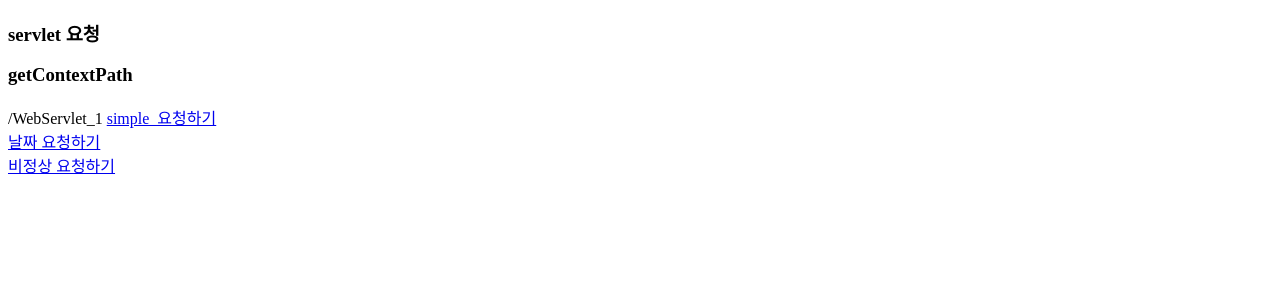
Repository: 71summernight/JavaScript_Jquery
Page: http://localhost/WebServlet_1/
The author's editor kept a copy of each file at every save. The page is drawn from the files as they stood at one save, then again after the next save.
The browser window is 1280 px wide. The pictures show the whole page.
The page is served by Tomcat 9.

Above is the page before, as saved 2021-04-01 02:29:12.

After the next save:
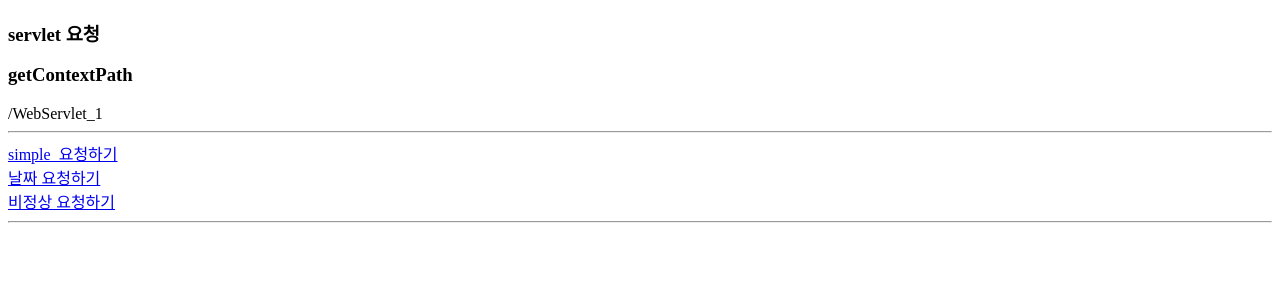
Saved 41 s later.
--- a/WebServlet_1/WebContent/default.jsp
+++ b/WebServlet_1/WebContent/default.jsp
@@ -9,12 +9,14 @@
 <body>
 <h3>servlet 요청</h3>
 <h3>getContextPath</h3>
-<%=request.getContextPath() %>
+<%=request.getContextPath() %><hr>
+
 <a href="<%=request.getContextPath() %>/simple">simple_요청하기</a>
 <br>
 <a href="<%=request.getContextPath() %>/simple?type=date">날짜 요청하기</a>
 <br>
 <a href="<%=request.getContextPath() %>/simple?type=abcd">비정상 요청하기</a>
+<hr>
 
 
 </body>
